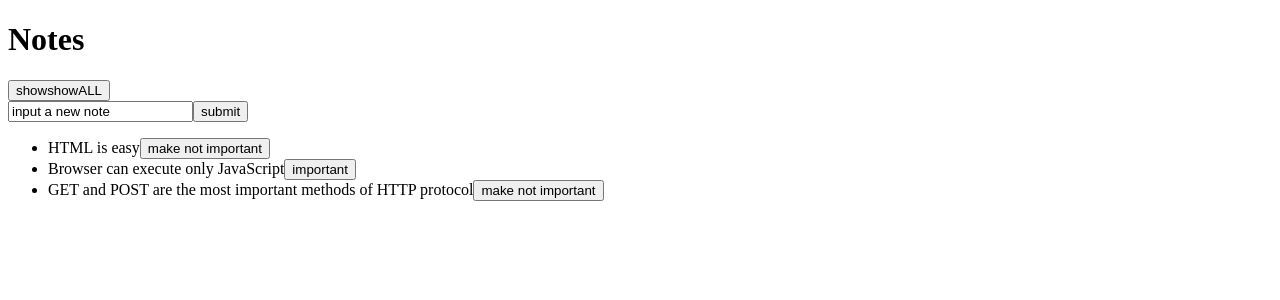
Repository: 2Lavine/fullstack
Page: / (app in part2/)
An editor plug-in stored every save of this project. The page is shown before and after the next save, followed by the edit.
The browser window is 1280 px wide. The pictures show the whole page.
The project was rebuilt for these pictures with package versions that can differ from the ones it lists, and the page was loaded fresh each time. Requests to the local data server were answered from the project's data file.

Above is the page before, as saved 2020-09-06 15:06:35.

### part2/src/index.js
import React from "react";
import ReactDOM from "react-dom";
import App from "./App.js";
ReactDOM.render(<App></App>, document.getElementById("root"));

### part2/src/App.js
import React, { useState, useEffect } from "react";
import Note from "./components/Note";
import noteService from "./services/note";

const App = () => {
  const [notes, setNotes] = useState([]);
  const [newNote, setNewNote] = useState("input a new note");
  const [showAll, setShowAll] = useState(true);
  const hook = () => {
    noteService.getAll().then((notes) => {
      setNotes(notes);
    });
  };
  useEffect(hook, []);
  const addNote = (e) => {
    e.preventDefault();
    const newNoteObject = {
      content: newNote,
      date: new Date().toISOString(),
      important: Math.random() < 0.5,
    };
    noteService.create(newNoteObject).then((res) => {
      setNotes(notes.concat(res.data));
      setNewNote("");
    });
  };
  const handleNoteChange = (e) => {
    console.log(e.target.value);
    setNewNote(e.target.value);
  };
  const handleNoteShow = (e) => {
    setShowAll(!showAll);
    console.log(notesToShow);
  };
  const toggleImportanceOf = (id) => {
    console.log("importance of " + id + " needs to be toggled");
    const note = notes.find((item) => item.id === id);
    const changedNote = { ...note, important: !note.important };
    noteService
      .update(id, changedNote)
      .then((res) => {
        setNotes(notes.map((note) => (note.id !== id ? note : res.data)));
      })
      .catch((err) => {
        alert(` note ${note.content} has already benn deleted`);
        setNotes(notes.filter((note) => note.id));
      });
  };
  const notesToShow = showAll
    ? notes
    : notes.filter((item) => item.important === true);

  return (
    <div>
      <h1>Notes</h1>
      <div>
        <button onClick={handleNoteShow}>
          show{showAll ? "showALL" : "important"}
        </button>
      </div>
      <form onSubmit={addNote}>
        <input value={newNote} onChange={handleNoteChange}></input>
        <button type="submit">submit</button>
      </form>
      <ul>
        {notesToShow.map((note) => (
          <Note
            note={note}
            key={note.id}
            toggleImportance={() => toggleImportanceOf(note.id)}
          ></Note>
        ))}
      </ul>
    </div>
  );
};

export default App;

### part2/src/components/Note.js
import React from "react";

const Note = ({ note, toggleImportance }) => {
  const label = note.important ? "make not important" : "important";
  return (
    <li>
      {note.content}
      <button onClick={toggleImportance}>{label}</button>
    </li>
  );
};

export default Note;

### part2/src/services/note.js
import axios from "axios";
const baseUrl = "http://localhost:3001/notes";

const getAll = () => {
  return axios.get(baseUrl).then((res) => res.data);
};
const create = (newObj) => {
  axios.post(baseUrl, newObj);
};
const update = (id, newObj) => {
  axios.put(`${baseUrl}/${id}`, newObj);
};

export default {
  getAll,
  create,
  update,
};

Loaded but not shown: part2/public/index.html (common file); part2/db.json (common file); part2/src/index.css (common file)

After the next save:
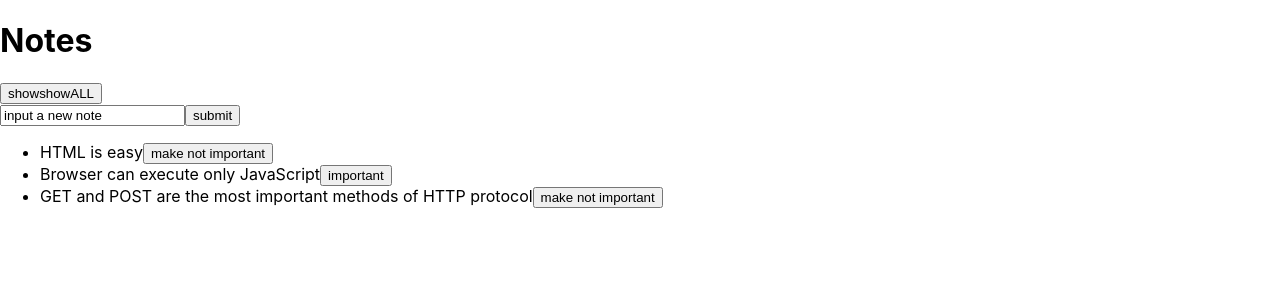
Saved 105 min 43 s later.
--- a/part2/src/index.js
+++ b/part2/src/index.js
@@ -1,4 +1,5 @@
 import React from "react";
 import ReactDOM from "react-dom";
 import App from "./App.js";
+import 'index.css'
 ReactDOM.render(<App></App>, document.getElementById("root"));
